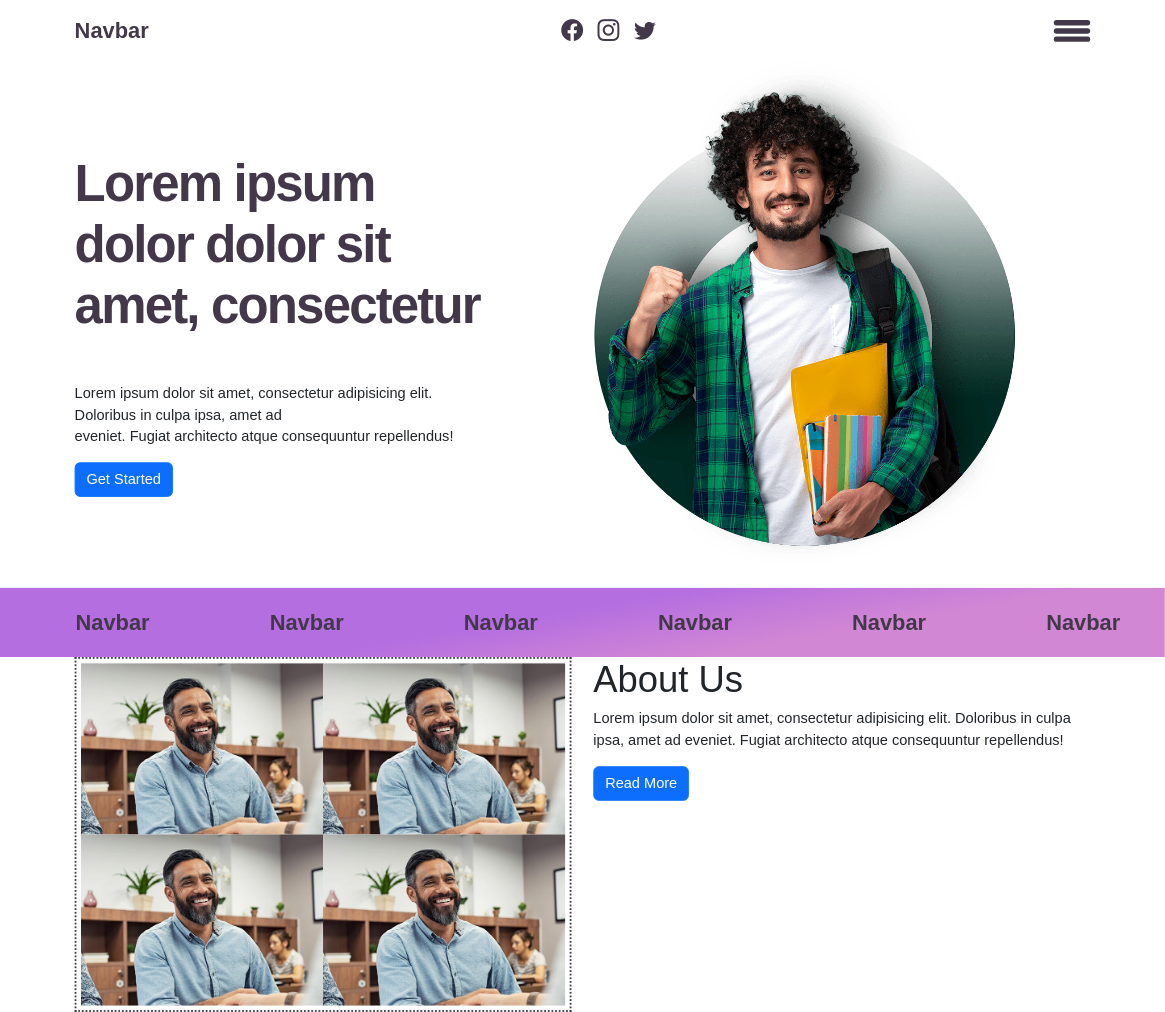
Repository: tagnam/project27012025
Page: index.html
These files come from the project's save history. The page is drawn as it stood at one moment and after a run of saves; the edit follows.
The browser window is 1280 px wide. The pictures show the whole page, at 91% of full size.

Above is the page before, as saved 2025-01-27 16:31:23.

### index.html
<!DOCTYPE html>
<html lang="en">
<head>
    <meta charset="UTF-8">
    <meta name="viewport" content="width=device-width, initial-scale=1.0">
    <link href="https://cdn.jsdelivr.net/npm/bootstrap@5.3.3/dist/css/bootstrap.min.css" rel="stylesheet" integrity="sha384-QWTKZyjpPEjISv5WaRU9OFeRpok6YctnYmDr5pNlyT2bRjXh0JMhjY6hW+ALEwIH" crossorigin="anonymous">
    <link rel="stylesheet" href="style/css/index.css">
    <link rel="stylesheet" href="style/css/animation.css">
    <link rel="stylesheet" href="style/css/responsive.css">
    <title>project27012025</title>
</head>
<body>
<header>
    <!-- --------------------------------------------start nav bar ------------------------------->
    <nav class="navbar navbar-expand-lg custom-nav">
        <div class="container">
          <div class="collapse navbar-collapse justify-content-between" id="navbarSupportedContent">
            <a class="navbar-brand" href="#">Navbar</a>
            <ul class="navbar-nav  ">

              <li class="nav-item">
                <a class="nav-link" href="#"><i class="bi bi-facebook"></i></a>
              </li>
              <li class="nav-item">
                <a class="nav-link" href="#"><i class="bi bi-instagram"></i></a>
              </li>
              <li class="nav-item">
                <a class="nav-link" href="#"><i class="bi bi-twitter"></i></a>
              </li>
            </ul>
            <div class="d-flex">
               <div class="menu-container" type="button" data-bs-toggle="offcanvas" data-bs-target="#offcanvasExample" aria-controls="offcanvasExample">
                <span class="span-menu-01 menu-icon"></span>
                <span class="span-menu-02 menu-icon"></span>
                <span class="span-menu-03 menu-icon"></span>
            </div>
            </div>
          </div>
        </div>
      </nav>

      <!-- ------------------------------start offcanvas ---------------------------------------->
      <div class="offcanvas offcanvas-start " tabindex="-1" id="offcanvasExample" aria-labelledby="offcanvasExampleLabel">
        <div class="offcanvas-header">
          <h5 class="offcanvas-title" id="offcanvasExampleLabel">Offcanvas</h5>
          <button type="button" class="btn-close text-reset" data-bs-dismiss="offcanvas" aria-label="Close"></button>
        </div>
        <div class="offcanvas-body">
          <div>
            Some text as placeholder. In real life you can have the elements you have chosen. Like, text, images, lists, etc.
          </div>
          <div class="dropdown mt-3">
            <button class="btn btn-secondary dropdown-toggle" type="button" id="dropdownMenuButton" data-bs-toggle="dropdown">
              Dropdown button
            </button>
            <ul class="dropdown-menu" aria-labelledby="dropdownMenuButton">
              <li><a class="dropdown-item" href="#">Action</a></li>
              <li><a class="dropdown-item" href="#">Another action</a></li>
              <li><a class="dropdown-item" href="#">Something else here</a></li>
            </ul>
          </div>
        </div>
      </div>
       <!-- -----------------------------end offcanvas ------------------------------------------->
      <!------------------------------------------------ end navbar ----------------------------->


</header>
<section class="hero-section">
    <div  class="container" style="height: 100%;">
        <div class="row" >
            <div class="col-lg-6 col-md-6 col-sm-12">
                <div class="banner-content ">
                    <h1>Lorem ipsum dolor  dolor sit amet, consectetur </h1>
                    <p>Lorem ipsum dolor sit amet, consectetur adipisicing elit. Doloribus in culpa ipsa, amet ad<br> eveniet. Fugiat architecto atque consequuntur repellendus!</p>
                    <button class="btn btn-primary">Get Started</button>
                </div>
            </div>
            <div class="col-lg-6 col-md-6 col-sm-12">
                <div class="banner-img d-flex justify-content-end">
                    <img src="image/hero-banner-01.webp" class="w-100" alt="">

            </div>

        </div>
    </div>
    <!-- <div class="row">
        <div class="col-lg-6 col-md-6 col-sm-12 d-flex justify-content-start">
            <div class="banner-btn">
                <a class="btn custom-btn btn-outline-success"> Get Started </a>
            </div>
        </div>
        <div class="col-lg-6 col-md-6 col-sm-12 d-flex justify-content-end">
             <div class="banner-footer-text">
                <p>Lorem ipsum dolor sit amet <br>consectetur adipisicing elit. Numquam, vel.</p>
             </div>

    </div>
 </div> -->
  </section>


<section class="client-section">
    <div class="container-fluid">
       <div class="row  row-cols-3 row-cols-md-6 g-4">
        <div class="col client-logo">
            <a class="navbar-brand w-25" href="#">Navbar</a>
        </div>
        <div class="col client-logo">
            <a class="navbar-brand w-25" href="#">Navbar</a>
        </div>
        <div class="col client-logo">
            <a class="navbar-brand w-25" href="#">Navbar</a>
        </div>
        <div class="col client-logo">
            <a class="navbar-brand w-25" href="#">Navbar</a>
        </div>
        <div class="col client-logo">
            <a class="navbar-brand w-25" href="#">Navbar</a>
        </div>
        <div class="col client-logo">
            <a class="navbar-brand w-25" href="#">Navbar</a>
        </div>

    </div>
    </div>
</section>

<section>
    <div class="container">
        <div class="row">
            <div class="col-lg-6 col-md-6 col-sm-12">
                <div class="about-row row  row-cols-1 row-cols-md-2 g-0">
                    <div class="col">
                        <div class="img">
                            <img src="image/elearning-08.jpg" class="about-row-img-01 w-100" alt="">
                        </div>
                    </div>
                    <div class="col">
                        <div class="img">
                            <img src="image/elearning-08.jpg" class="about-row-img-02 w-100" alt="">
                        </div>
                    </div>
                    <div class="col">
                        <div class="img">
                            <img src="image/elearning-08.jpg" class="about-row-img-03 w-100" alt="">
                        </div>
                    </div>
                    <div class="col">
                        <div class="img">
                            <img src="image/elearning-08.jpg" class="about-row-img-04 w-100" alt="">
                        </div>
                    </div>
                </div>
            </div>
            <div class="col-lg-6 col-md-6 col-sm-12">
                <div class="about-content">
                    <h1>About Us</h1>
                    <p>Lorem ipsum dolor sit amet, consectetur adipisicing elit. Doloribus in culpa ipsa, amet ad eveniet. Fugiat architecto atque consequuntur repellendus!</p>
                    <button class="btn btn-primary">Read More</button>
                </div>
            </div>

        </div>
    </div>
</section>
<script src="https://cdn.jsdelivr.net/npm/bootstrap@5.3.3/dist/js/bootstrap.bundle.min.js" integrity="sha384-YvpcrYf0tY3lHB60NNkmXc5s9fDVZLESaAA55NDzOxhy9GkcIdslK1eN7N6jIeHz" crossorigin="anonymous"></script>
<script src="style/js/custom.js"></script>
</body>
</html>

### style/css/index.css
@import url("https://cdn.jsdelivr.net/npm/bootstrap-icons@1.11.3/font/bootstrap-icons.min.css");

*{
 margin: 0;
padding: 0;
box-sizing: border-box;
}

:root{
    --dark-color:#423849;
    --semi-dark-color:#b46ee0;
    --light-color:#d287d4;
    --white-color:#fff;
    --main-heading-font-size: 3.5rem;
    --subheading-font-size: 2rem;
    --paragraph-font-size: 1rem;


}


body{
    font-family: 'Poppins', sans-serif;


}

/* header{
    position: fixed;
    top: 0;
    z-index: 1000;
width: 100%;
} */

.navbar-brand{
    font-size: 1.5rem;
    font-weight: 800;
    color: var(--dark-color);
}

.menu-icon{
    display: block;
    width: 40px;
    height: 6px;
    background-color: var(--dark-color);
    margin: 3px auto;
    border-radius: 20px;
    cursor: pointer;
}


.nav-link .bi{
    font-size: 1.5rem;
    color: var(--dark-color);
}

.banner-content{
    margin: 100px auto;
    padding-right: 100px;
}

.banner-content h1{
    color: var(--dark-color);
    font-weight: 800;
    /* font-size: 55px; */
    font-size: var(--main-heading-font-size);
    letter-spacing: -2px;
    margin: 50px 0px;
}
/* .hero-section{
   background-image: url(/image/business-banner.jpg);
    background-size: cover;
    background-position: center;
    height: 100vh;
} */

.banner-footer-text p{
    color: var(--dark-color);

}


.client-section{
    background: linear-gradient(-190deg, rgba(180,110,224,1) 45%, rgba(210,135,212,1) 70%);
    padding: 20px 0px;
    overflow: hidden;
}

.client-logo{
    display: flex;
    justify-content: center;
    align-items: center;
    flex-wrap: wrap;
    color: var(--white-color);
}
.about-row {
    border: 2px dotted var(--dark-color);
    padding: 5px;
}

.about-row-img-01{

}


.about-row-img-02{

}

.about-row-img-03{

}

.about-row-img-04{

}

Loaded but not shown: style/js/custom.js (no copy from this time; the picture is the same without it); style/css/animation.css (no stored copy; drawn as an empty file); style/css/responsive.css (no stored copy; drawn as an empty file)

After the next 4 saves:
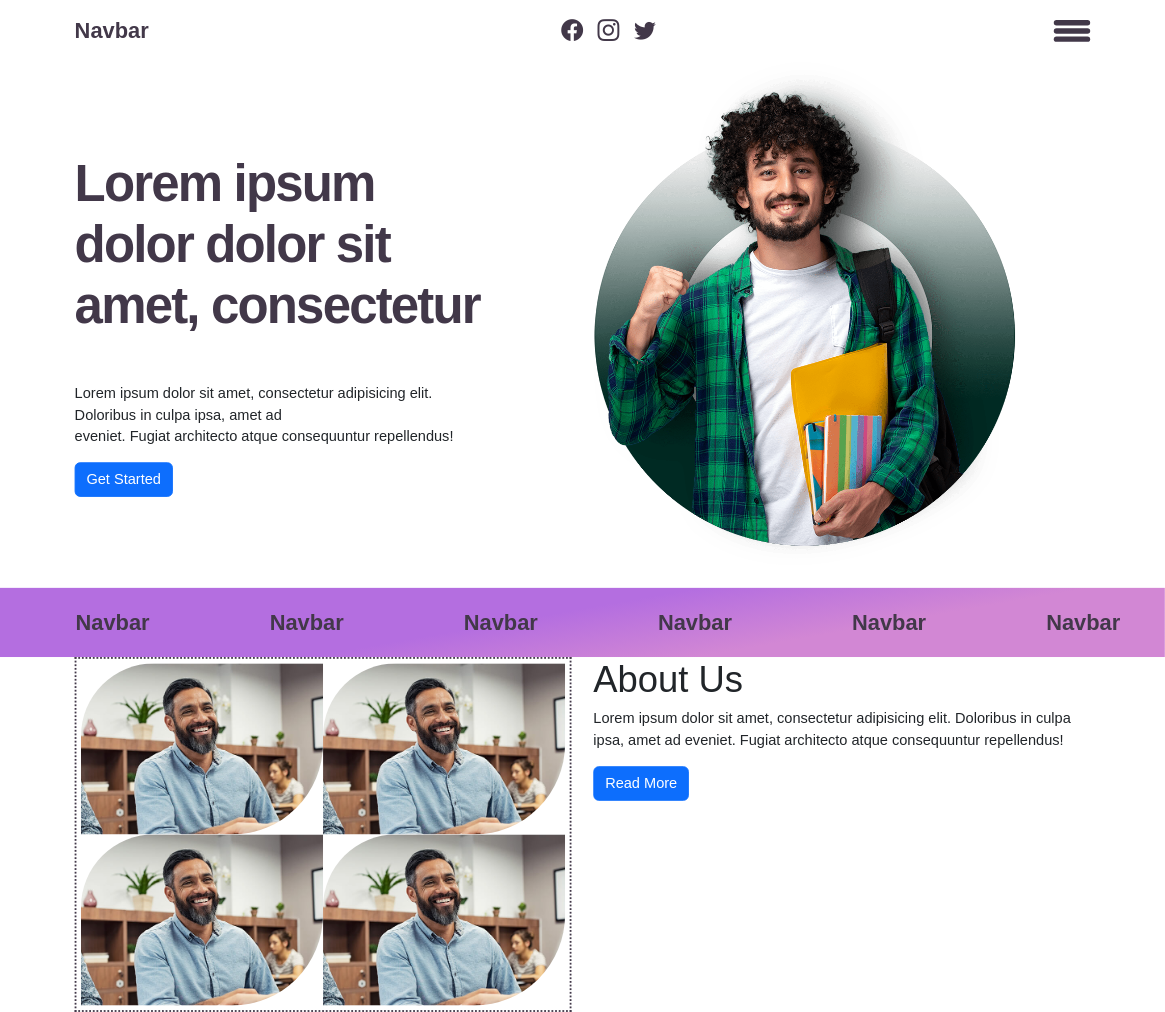
The 4 saves are shown as one change because they came seconds apart.
The last was saved 2 min 1 s later.
--- a/style/css/index.css
+++ b/style/css/index.css
@@ -99,18 +99,22 @@ width: 100%;
 }
 
 .about-row-img-01{
-
+    border-top-left-radius: 80px;
+    border-bottom-right-radius: 100px;
 }
 
 
 .about-row-img-02{
-
+    border-top-left-radius: 80px;
+    border-bottom-right-radius: 100px;
 }
 
 .about-row-img-03{
-
+    border-top-left-radius: 80px;
+    border-bottom-right-radius: 100px;
 }
 
 .about-row-img-04{
-
+    border-top-left-radius: 80px;
+    border-bottom-right-radius: 100px;
 }
